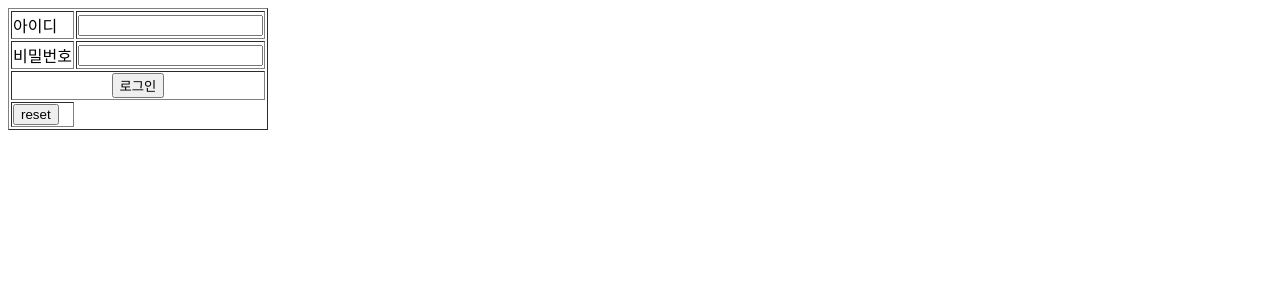
Repository: salee1023/JSP_Practice
Page: HTML_CSS_JS_practice01/src/main/webapp/form_tag.htm
The author's editor kept a copy of each file at every save. The page is drawn from the files as they stood at one save, then again after the next save.
The browser window is 1280 px wide. The pictures show the whole page.

Above is the page before, as saved 2021-08-16 11:35:04.

### HTML_CSS_JS_practice01/src/main/webapp/form_tag.htm
<!DOCTYPE html>
<html>
<head>
<meta charset="UTF-8">
<title>폼태그 연습</title>
</head>
<body>
	<!--
		폼을 구성하는 태그들
		  : 폼은 데이터를 전송할 때 사용하는 태그,
		  회원가입을 할 때 이름, 전화번호, 주소...

		<form> 자신의 태그내에 있는 데이터를 지정한 웹 주소로 전송해준다.
		데이터 전송방식
		  GET방식 : 데이터용량이 작은 256~4096바이트
		  POST방식 : 대용량의 데이터를 보낼 때 유용하다.

		  <form> 속성 :
		    method : 데이터 전송방식을 지정
		    name : 폼의 이름을 지정. 자바스크립트에서 폼내의 데이터를 구분할 때 사용한다.
		    action : 폼내의 데이터를 이동시킬 위치를 지정한다.
		    enctype : 대용량 파일의 데이터 속성을 지정한다.

		  구성태그들
		  ---------------
		  <input>
		    type :
		      text : 한 줄 입력받을 때 사용하는 형식
		      password : 비밀번호 형태로 입력받을 때 사용하는 형식
		      radio : 상호배타적 선택
		      checkbox : 다중 선택
		      button : 자바스크립트와 연계해서 사용
		      submit : 폼의 내용을 action에서 지정한 주소로 보낼 때 사용하는 형식
		      reset : 폼의 내용을 초깃값으로 재설정할 때 사용하는 형식
		      hidden : 숨김필드로 화면에 보이지 않게 할 때 사용하는 형식
		      file : 파일을 첨부할 때 사용하는 형식.

		  <select>
		  목록상자나 콤보 박스로 폼을 구성할 때 사용하는 태그
		    속성 :
		      name : 필드의 이름을 지정
		      size : 목록상자에 보여지는 항목의 수를 지정한다.
		      multiple : 필드에서 여러개의 항목을 선택할 수 있도록 지정한다.

		  <option>
		  select 태그가 만드는 필드의 항목을 만드는 태그
		    속성 :
		      value : 항목을 선택했을 때 전송할 값을 지정한다.
		      selected : 기본적으로 선택되는 항목을 지정한다.

		  <textarea>
		  여러줄에 입력하는 데이터를 사용하고자 할 때 사용하는 태그
		    속성 :
		      name : 필드의 이름을 지정
		      cols : 대문자 A를 기준으로 너비를 설정
		      rows : 대문자 A를 기준으로 높이를 설정
		      readonly : 필드를 읽기 전용으로 지정
	-->
	<form action="http://www.naver.com/index.html">
		<table border = 1>
			<tr>
				<td>아이디</td>
				<td>
					<input type="text" name="id">
				</td>
			</tr>
			<tr>
				<td>비밀번호</td>
				<td>
					<input type="password" name="pw">
				</td>
			</tr>
			<tr>
				<td colspan=2>
					<div align="center"><input type="submit" value="로그인"></div>
				</td>
			</tr>
			<tr>
				<td><input type="reset" value="reset"></td>
			</tr>
		</table>


	</form>
</body>
</html>

After the next save:
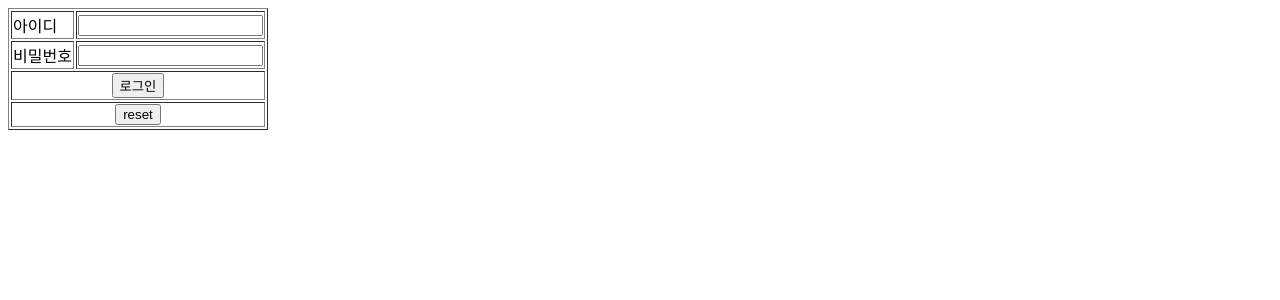
Saved 33 s later.
--- a/HTML_CSS_JS_practice01/src/main/webapp/form_tag.htm
+++ b/HTML_CSS_JS_practice01/src/main/webapp/form_tag.htm
@@ -76,7 +76,9 @@
 				</td>
 			</tr>
 			<tr>
-				<td><input type="reset" value="reset"></td>
+				<td colspan=2>
+					<div align="center"><input type="reset" value="reset"></div>
+				</td>
 			</tr>
 		</table>
 
